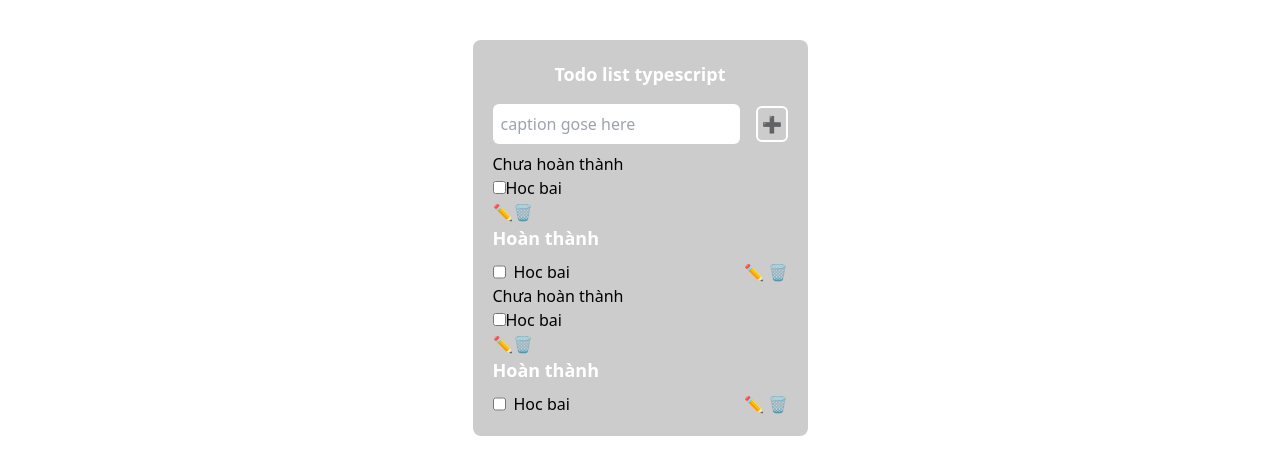
Repository: VIET-TU/react-super-main
Page: / (app in todolist-mybuild/)
The author's editor kept a copy of each file at every save. The page is drawn from the files as they stood at one save, then again after the next save.
The browser window is 1280 px wide. The pictures show the whole page.
The project was rebuilt for these pictures with package versions that can differ from the ones it lists, and the page was loaded fresh each time. Also part of the build but not shown: todolist-mybuild/vite.config.ts.

Above is the page before, as saved 2023-05-16 07:05:24.

### todolist-mybuild/src/App.tsx
import TodoList from './components/TodoLists'

function App() {
  return (
    <>
      <TodoList></TodoList>
    </>
  )
}

export default App

### todolist-mybuild/src/index.css
@tailwind base;
@tailwind components;
@tailwind utilities;

css *,
*:before,
*:after {
  box-sizing: border-box;
}
* {
  margin: 0;
  padding: 0;
}

input,
select,
textarea {
  outline: none;
}
button {
  outline: none;
}

### todolist-mybuild/src/components/TodoLists/index.ts
import TodoList from './TodoList'

export default TodoList

### todolist-mybuild/src/components/TodoLists/TodoList.tsx
import { Todo } from '../../@types/todos.types'
import TaskInput from '../TaskInput'
import TaskList from '../TaskList'
import { useEffect, useState } from 'react'

const TodoList = () => {
  const [todos, setTodos] = useState<Todo[]>([])
  const [currentTodo, setCurrentTodo] = useState<Todo | null>(null)
  const doneTodos = todos.filter((todo) => todo.done)
  const notdoneTodos = todos.filter((todo) => !todo.done)

  useEffect(() => {
    const todosString = localStorage.getItem('todos')
    const todosObj: Todo[] = JSON.parse(todosString || '[]')
    setTodos(todosObj)
  }, [])

  const addTodo = (name: string): void => {
    const todo: Todo = {
      name,
      done: false,
      id: new Date().toISOString()
    }
    setTodos((pre) => [...pre, todo])
    const todosString = localStorage.getItem('todos')
    const todosObj: Todo[] = JSON.parse(todosString || '[]')
    const newTodoObj = [...todosObj, todo]
    localStorage.setItem('todos', JSON.stringify(newTodoObj))
  }

  const handleDoneTodo = (id: string, done: boolean) => {
    setTodos((prev) => {
      return prev.map((todo) => {
        if (todo.id === id) {
          return { ...todo, done }
        }
        return todo
      })
    })
  }

  const startEditTodo = (id: string) => {
    const findedTodo = todos.find((todo) => todo.id === id)
    if (findedTodo) {
      setCurrentTodo(findedTodo)
    }
  }

  const editTodo = (name: string) => {
    setCurrentTodo((prev) => {
      if (prev) {
        return { ...prev, name }
      }
      return prev
    })
  }

  const finishEditTodo = () => {
    setTodos((prev) => {
      return prev.map((todo) => {
        if (todo.id === (currentTodo as Todo).id) {
          return currentTodo as Todo
        }
        return todo
      })
    })
    setCurrentTodo(null)
  }

  const deleteTodo = (id: string) => {
    if (currentTodo) {
      setCurrentTodo(null)
    }

    setTodos((prev) => {
      const findedIndexTodo = prev.findIndex((todo) => todo.id === id)
      if (findedIndexTodo > -1) {
        const result = [...prev]
        result.splice(findedIndexTodo, 1) // delete 1 elem in array
        return result
      }
      return prev
    })
  }

  return (
    <div className='p-[20px] rounded-lg bg-[#ccc] max-w-max mx-auto my-10'>
      <TaskInput
        editTodo={editTodo}
        addTodo={addTodo}
        currentTodo={currentTodo}
        finishEditTodo={finishEditTodo}
      ></TaskInput>
      <TaskList
        handleDoneTodo={handleDoneTodo}
        todos={notdoneTodos}
        doneTaskList={false}
        startEditTodo={startEditTodo}
        deleteTodo={deleteTodo}
      />
      <TaskList
        handleDoneTodo={handleDoneTodo}
        todos={doneTodos}
        doneTaskList={true}
        startEditTodo={startEditTodo}
        deleteTodo={deleteTodo}
      />
    </div>
  )
}

export default TodoList

### todolist-mybuild/src/components/TaskInput/index.ts
import TaskInput from './TaskInput'

export default TaskInput

### todolist-mybuild/src/components/TaskInput/TaskInput.tsx
import React from 'react'

const TaskInput = () => {
  return (
    <div className='mb-2'>
      <h1 className='mb-4 text-lg font-bold text-white text-[20px] text-center'>Todo list typescript</h1>
      <form placeholder='enter your text'>
        <input className='p-2 mr-4 rounded-md outline-0' type='text' placeholder='caption gose here' />
        <button type='submit' className='p-1 border-2 border-white rounded-md'>
          ➕
        </button>
      </form>
    </div>
  )
}

export default TaskInput

### todolist-mybuild/src/components/TaskList/TaskList.tsx
import React from 'react'

const TaskList = () => {
  return (
    <div>
      <div className='unfinish'>
        <h2>Chưa hoàn thành</h2>
        <div className='tasks '>
          <div className='task'>
            <input type='checkbox' name='' id=' ' />
            <span>Hoc bai</span>
            <div className=''>
              <button>✏️</button>
              <button>🗑️</button>
            </div>
          </div>
        </div>
      </div>
      <div className='finish'>
        <h2 className='mb-2 text-lg font-bold text-white text-[20px]'>Hoàn thành</h2>
        <div className='tasks '>
          <div className='flex justify-between task'>
            <div className='flex gap-2'>
              <input type='checkbox' name='' id=' ' />
              <span>Hoc bai</span>
            </div>
            <div className='flex gap-1'>
              <button>✏️</button>
              <button>🗑️</button>
            </div>
          </div>
        </div>
      </div>
    </div>
  )
}

export default TaskList

Loaded but not shown: todolist-mybuild/index.html (common file); todolist-mybuild/src/main.tsx (common file); todolist-mybuild/src/components/TaskList/index.ts (common file); todolist-mybuild/tailwind.config.js (common file)

After the next save:
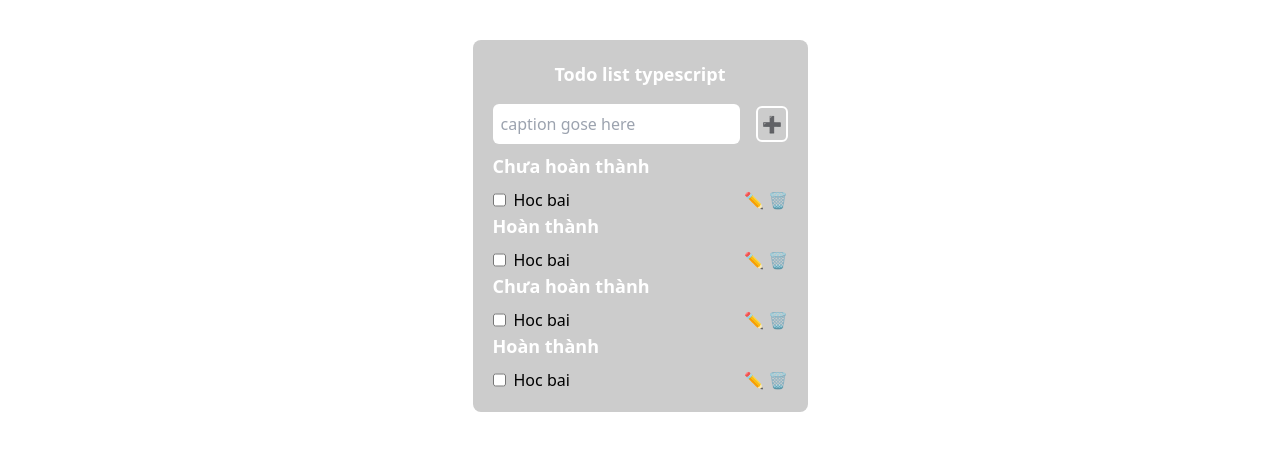
Saved 52 s later.
--- a/todolist-mybuild/src/components/TaskList/TaskList.tsx
+++ b/todolist-mybuild/src/components/TaskList/TaskList.tsx
@@ -4,12 +4,14 @@ const TaskList = () => {
   return (
     <div>
       <div className='unfinish'>
-        <h2>Chưa hoàn thành</h2>
+        <h2 className='mb-2 text-lg font-bold text-white text-[20px]'>Chưa hoàn thành</h2>
         <div className='tasks '>
-          <div className='task'>
-            <input type='checkbox' name='' id=' ' />
-            <span>Hoc bai</span>
-            <div className=''>
+          <div className='flex justify-between task'>
+            <div className='flex gap-2'>
+              <input type='checkbox' name='' id=' ' />
+              <span>Hoc bai</span>
+            </div>
+            <div className='flex gap-1'>
               <button>✏️</button>
               <button>🗑️</button>
             </div>
